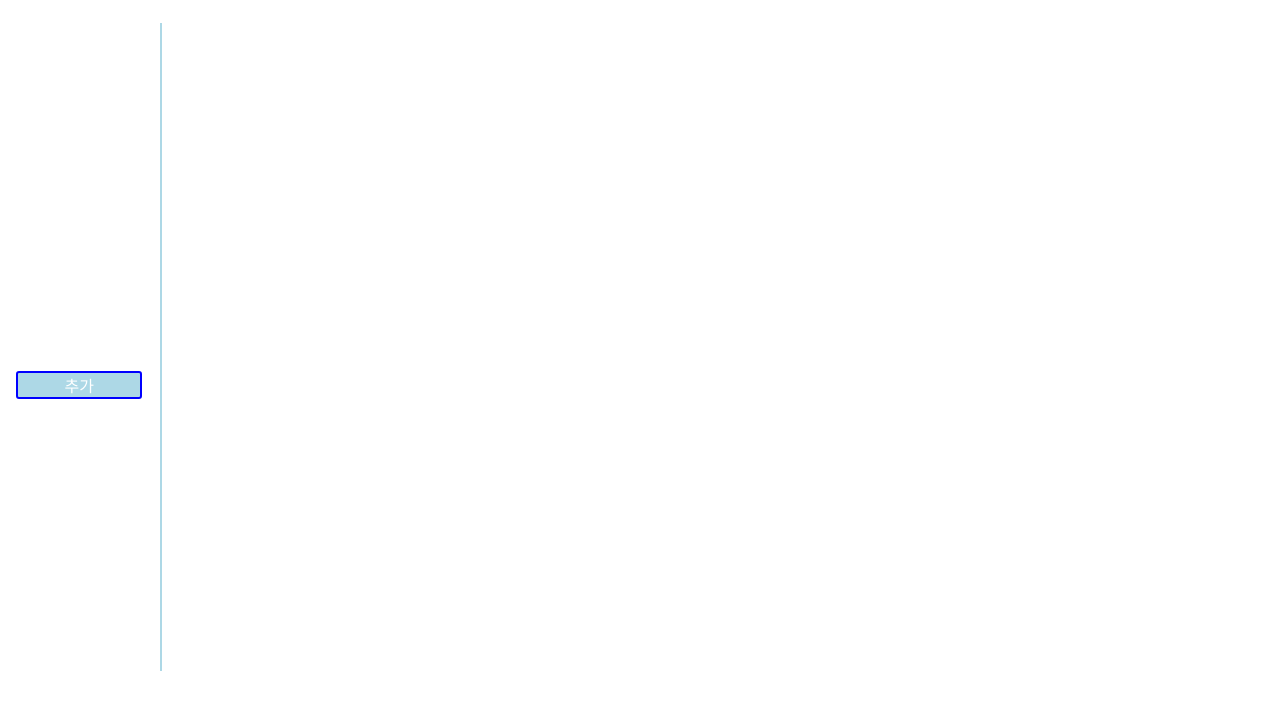
Repository: kKn00077/IOUSOFT
Page: http://localhost/Q2/bookmark.jsp
The author's editor kept a copy of each file at every save. The page is drawn from the files as they stood at one save, then again after the next save.
The browser window is 1280 px wide. The pictures show the whole page.
The page is served by Tomcat 9. Queries for data that is not in the repository find no rows.

Above is the page before, as saved 2018-11-22 10:32:26.

### Q2/WebContent/bookmark.jsp
<%@page import="Connection.Mysql.MysqlConnectJDBC.MySQLConnection"%>
<%@page import="java.sql.ResultSet"%>
<%@page import="java.sql.PreparedStatement"%>
<%@page import="java.sql.Connection"%>

<%@ page language="java" contentType="text/html; charset=UTF-8"
    pageEncoding="UTF-8"%>

<!DOCTYPE html PUBLIC "-//W3C//DTD HTML 4.01 Transitional//EN" "http://www.w3.org/TR/html4/loose.dtd">
<html>
<head>
<meta http-equiv="Content-Type" content="text/html; charset=UTF-8">
<title>북마크 사이트</title>
<link rel= "stylesheet" type="text/css" href="but.css">
<style>
	body{
		margin:0;
		padding:0;
	}

	#my-iframe{
		display:block;
		border:none;
		border-left:2px solid lightblue;
		height:90vh;
		width:70%;
		margin-top:20px;
		margin-bottom:20px;
	}

	table{
		width:100%;
	}


	table tr td{
		text-align:center;
	}

	ul, ul li{
		padding:10px;
		margin:10px;
	}
</style>

</head>
<body>

<table>
<tr>

<td>
<ul>

<%



Connection conn=null;
PreparedStatement pstmt=null;
ResultSet rs=null;
conn=MySQLConnection.GetMySQLConnection();

request.setCharacterEncoding("utf-8");

String sql="select * from bookmark";
pstmt=conn.prepareStatement(sql);

rs=pstmt.executeQuery();


while(rs.next()){
	int num=rs.getInt(1);
	String getName=rs.getString(2);
	String getURL=rs.getString(3);
	response.addHeader("X-Frame-Options", "ALLOW-FROM "+getURL);
	%>

	<li><a href="<%=getURL%>" target="view"><%=getName%></a> <a href="delete.jsp?num=<%=num%>" style="color:black" target="view">[삭제]</a></li>
<%
}

MySQLConnection.close(conn);
MySQLConnection.close(pstmt);
MySQLConnection.close(rs);
%>

</ul>

<br><br><a href="add.jsp" id="add_but" style="width:80%; margin:auto;" target="view">추가</a>

</td>

<td>
<iframe id="my-iframe" name="view" style="width:100%;" scrolling="yes"/>
</td>

</tr>

</table>

</body>
</html>

### Q2/src/Connection/Mysql/MysqlConnectJDBC/MySQLConnection.java
package Connection.Mysql.MysqlConnectJDBC;

import java.sql.Connection;
import java.sql.DriverManager;
import java.sql.PreparedStatement;
import java.sql.ResultSet;
import java.sql.SQLException;
import java.sql.Statement;

public class MySQLConnection {
public static Connection GetMySQLConnection() {

		Connection conn=null;

		try{
			 String jdbcDriver = "jdbc:mysql://localhost:3306/mysql?useUnicode=true&characterEncoding=utf8&verifyServerCertificate=false&useSSL=false&serverTimezone=UTC";
			 String dbUser = "root";
			 String dbPass = "1234";
			 System.out.println("잘옴");
			 Class.forName("com.mysql.cj.jdbc.Driver");

			 System.out.println("클래스찾음");
			 conn = DriverManager.getConnection(jdbcDriver, dbUser, dbPass);
			 System.out.println("연결됨");


		}catch(ClassNotFoundException e) {
			System.out.println("드라이버가 없음");
		}catch(SQLException e){
			e.printStackTrace();
			System.out.println("사용자 계정 혹은 비번 불일치");
		}catch(Exception e) {
			e.printStackTrace();
		}

		return conn;
	}

	public static void close(Connection conn) {
		try{if(conn!=null) {conn.close();}}catch(Exception e) {e.printStackTrace();}
	}

	public static void close(Statement stmt) {
		try{if(stmt!=null) {stmt.close();}}catch(Exception e) {e.printStackTrace();}
	}

	public static void close(PreparedStatement pstmt) {
		try{if(pstmt!=null) {pstmt.close();}}catch(Exception e) {e.printStackTrace();}
	}

	public static void close(ResultSet rs) {
		try{if(rs!=null) {rs.close();}}catch(Exception e) {e.printStackTrace();}
	}
}

### Q2/WebContent/but.css
@charset "UTF-8";

#add_but{
		border:2px solid blue;
		border-radius: 3px;
		background-color:lightblue;
		color:white;
		text-decoration: none;
		display:block;
}

After the next save:
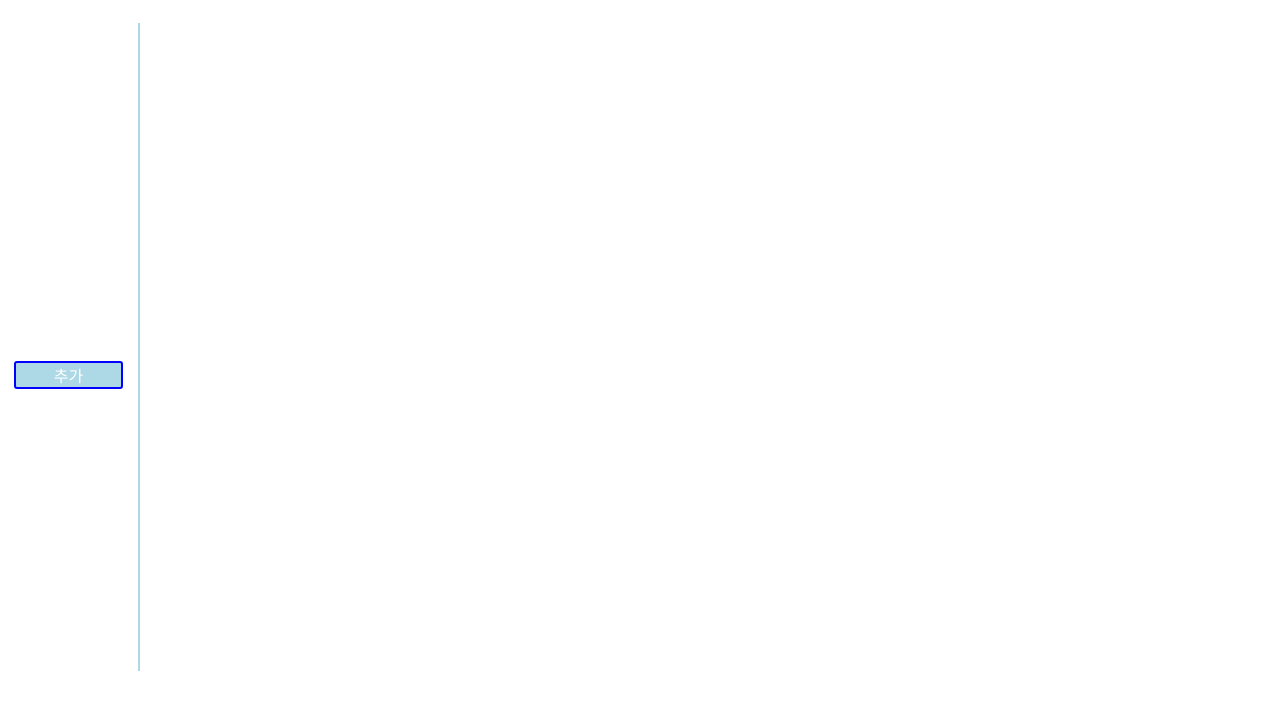
Saved 15 s later.
--- a/Q2/WebContent/bookmark.jsp
+++ b/Q2/WebContent/bookmark.jsp
@@ -38,8 +38,8 @@
 	}
 
 	ul, ul li{
-		padding:10px;
-		margin:10px;
+		padding:5px;
+		margin:5px;
 	}
 </style>
 
